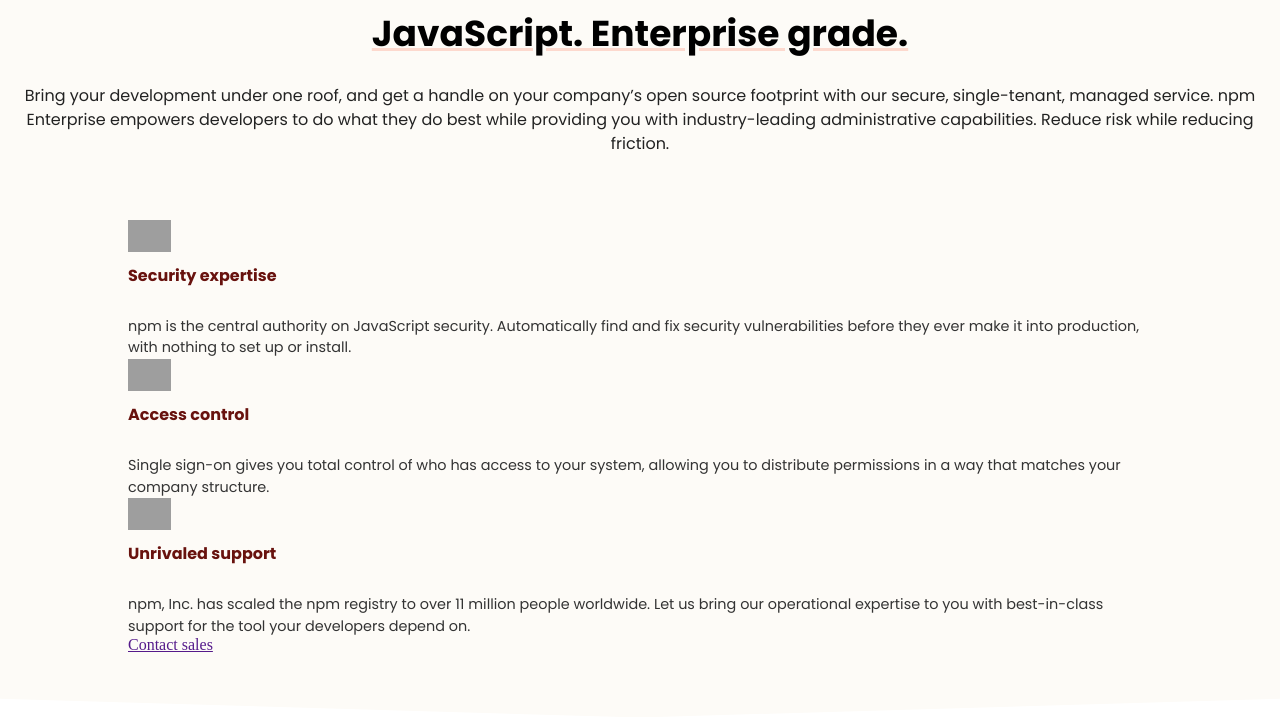
Repository: MarilynCuore/Ejercicico4
Page: index.html
The author's editor kept a copy of each file at every save. The page is drawn from the files as they stood at one save, then again after the next save.
The browser window is 1280 px wide. The pictures show the part of the page from y = 2936 to 3701 px (the page is 3653 px tall before and 3701 px after).
Pictures or frames that could not be fetched are drawn as grey boxes. Some web libraries are served in a nearby version. The style sheet was rebuilt from its Sass, Less or Tailwind sources for each picture, by a compiler version that may differ from the author's.

Above is the page before, as saved 2019-05-26 22:58:00.

After the next save:
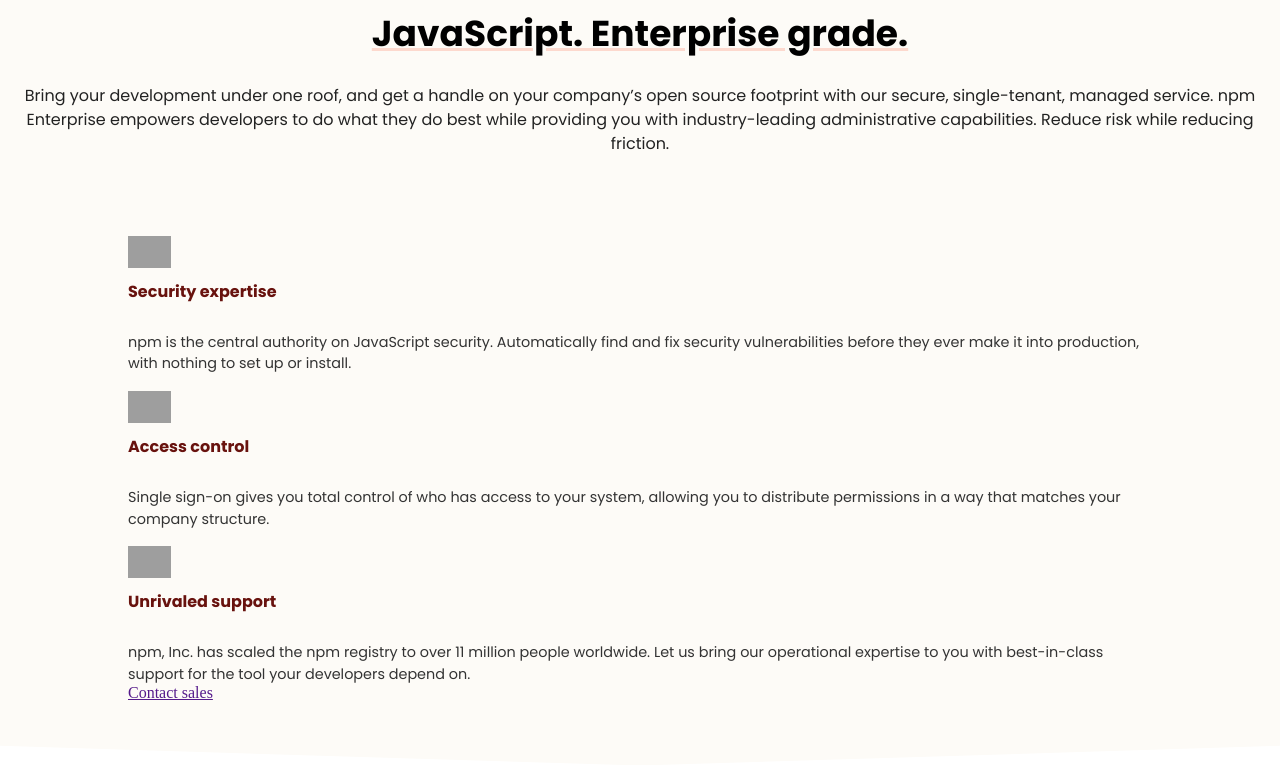
Saved 56 s later.
--- a/styles/styles.scss
+++ b/styles/styles.scss
@@ -428,12 +428,16 @@
     padding-top: 4rem;
     padding-bottom: 4rem;
     article {
+        &:nth-of-type(1) {
+            img{
+
+            }
+            padding-top: 0;
+          }
       img {
         height: 2rem;
         padding-top: 1rem;
-        &:nth-of-type(1) {
-          padding-top: 0;
-        }
+
       }
       h3 {
         margin-top: 1rem;
